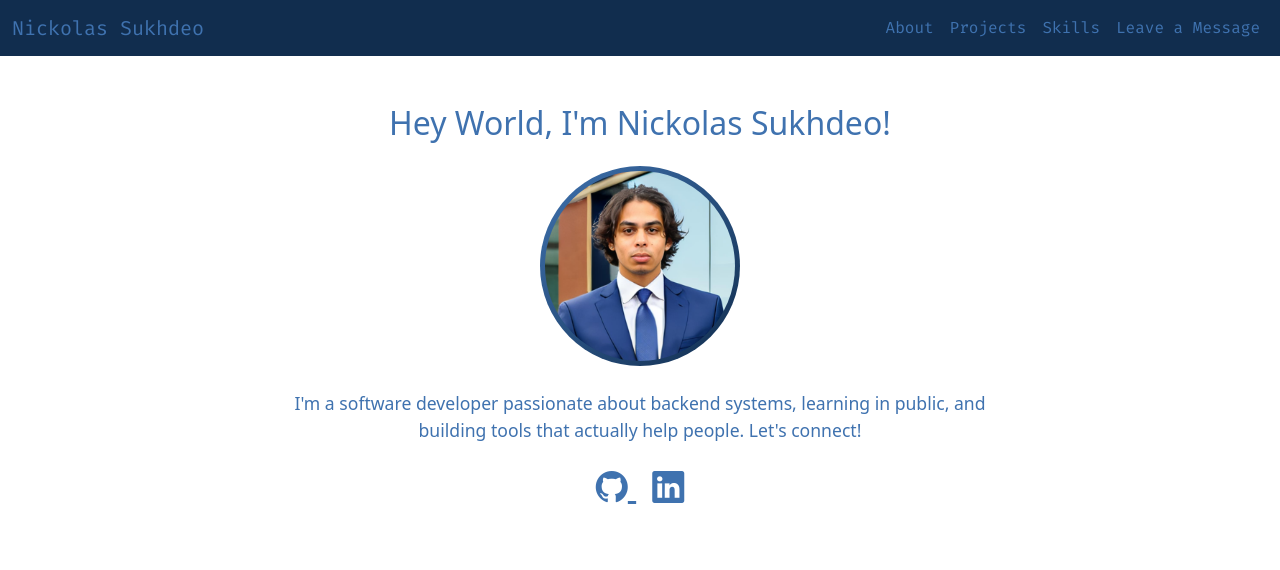
Repository: nlsukhde/porfolio
Page: index.html
These files come from the project's save history. The page is drawn as it stood at one moment and after the next save; the edit follows.
The browser window is 1280 px wide. The pictures show the whole page.

Above is the page before, as saved 2025-06-19 18:07:41.

### index.html
<!DOCTYPE html>
<html lang="en">
<head>
    <meta charset="UTF-8">
    <meta name="viewport" content="width=device-width, initial-scale=1.0">

    <!-- Google Fonts -->
    <link rel="preconnect" href="https://fonts.googleapis.com">
    <link rel="preconnect" href="https://fonts.gstatic.com" crossorigin>
    <link href="https://fonts.googleapis.com/css2?family=Fira+Code:wght@300..700&family=Raleway:ital,wght@0,100..900;1,100..900&family=Roboto+Condensed:ital,wght@0,100..900;1,100..900&display=swap" rel="stylesheet">

    <!-- Your CSS (must come after fonts) -->
    <link rel="stylesheet" href="app.css">

    <!-- Bootstrap CSS -->
    <link href="https://cdn.jsdelivr.net/npm/bootstrap@5.3.7/dist/css/bootstrap.min.css" rel="stylesheet" integrity="sha384-LN+7fdVzj6u52u30Kp6M/trliBMCMKTyK833zpbD+pXdCLuTusPj697FH4R/5mcr" crossorigin="anonymous">
    <link href="https://cdn.jsdelivr.net/npm/bootstrap-icons@1.10.5/font/bootstrap-icons.css" rel="stylesheet">

    <title>Nickolas Sukhdeo Portfolio</title>
</head>

<body>
    <script src="https://cdn.jsdelivr.net/npm/bootstrap@5.3.7/dist/js/bootstrap.bundle.min.js" integrity="sha384-ndDqU0Gzau9qJ1lfW4pNLlhNTkCfHzAVBReH9diLvGRem5+R9g2FzA8ZGN954O5Q" crossorigin="anonymous"></script>

    <nav class="navbar navbar-expand-lg bg-body-tertiary">
  <div class="container-fluid">
    <a class="navbar-brand" href="#">Nickolas Sukhdeo</a>
    <button class="navbar-toggler" type="button" data-bs-toggle="collapse" data-bs-target="#navbarNav" aria-controls="navbarNav" aria-expanded="false" aria-label="Toggle navigation">
      <span class="navbar-toggler-icon"></span>
    </button>
    <div class="collapse navbar-collapse" id="navbarNav">
      <ul class="navbar-nav ms-auto">
        <li class="nav-item">
          <a class="nav-link active" aria-current="page" href="#">About</a>
        </li>
        <li class="nav-item">
          <a class="nav-link" href="#">Projects</a>
        </li>
        <li class="nav-item">
          <a class="nav-link" href="#">Skills</a>
        </li>
        <li class="nav-item">
          <a class="nav-link" >Leave a Message</a>
        </li>
      </ul>
    </div>
  </div>
</nav>

<section id="about-section" class="text-center container py-5">
  <h2>Hey World, I'm Nickolas Sukhdeo!</h2>

  <div class="headshot-wrapper mx-auto my-4">
    <img src="headshot.png" alt="headshot" class="headshot-img">
  </div>

  <div class="bio px-3">
    <p>
      I'm a software developer passionate about backend systems, learning in public, and building tools that actually help people. Let's connect!
    </p>
  </div>

  <div class="social-links mt-3">
    <a href="https://github.com/YOUR_USERNAME" target="_blank" class="social-icon me-3">
  <span class="bi bi-github"></span>
</a>
<a href="https://linkedin.com/in/YOUR_USERNAME" target="_blank" class="social-icon">
  <span class="bi bi-linkedin"></span>
</a>

  </div>
</section>

</body>
</html>

### app.css
:root {
  --color-bg: #F9F7F7;
  --color-accent: #DBE2EF;
  --color-text: #3F72AF;
  --color-bg-secondary: #112D4E;
}


body{
  background-color: var(--color-bg);
  color: var(--color-text)!important;
  font-family: "Fira Code", monospace ;
}

.bi {
  font-family: "bootstrap-icons" !important;
  font-style: normal;
  font-weight: normal;
}

.navbar, .navbar-brand, .nav-link {
  font-family: "Fira Code", monospace !important;
  color: var(--color-text) !important;
}

.navbar.bg-body-tertiary {
  background-color: var(--color-bg-secondary) !important;
}


/* Gradient circular headshot */
.headshot-wrapper {
  width: 200px;
  height: 200px;
  border-radius: 50%;
  background: linear-gradient(135deg, #3F72AF, #112D4E);
  padding: 5px;
  overflow: hidden;
  transition: transform 0.3s ease;
}

.headshot-wrapper:hover {
  transform: scale(1.05);
}

.headshot-img {
  width: 100%;
  height: 100%;
  object-fit: cover;
  border-radius: 50%;
  transition: transform 0.3s ease;
}

.headshot-img:hover {
  transform: scale(1.1);
}

/* Bio text */
.bio p {
  max-width: 700px;
  margin: 0 auto;
  font-size: 1.1rem;
  color: var(--color-text);
}

/* Social icon styles */
.social-links {
  font-size: 2rem;
}

.social-icon {
  color: var(--color-text);
  transition: color 0.3s ease;
}

.social-icon:hover {
  color: var(--color-accent);
}

After the next save:
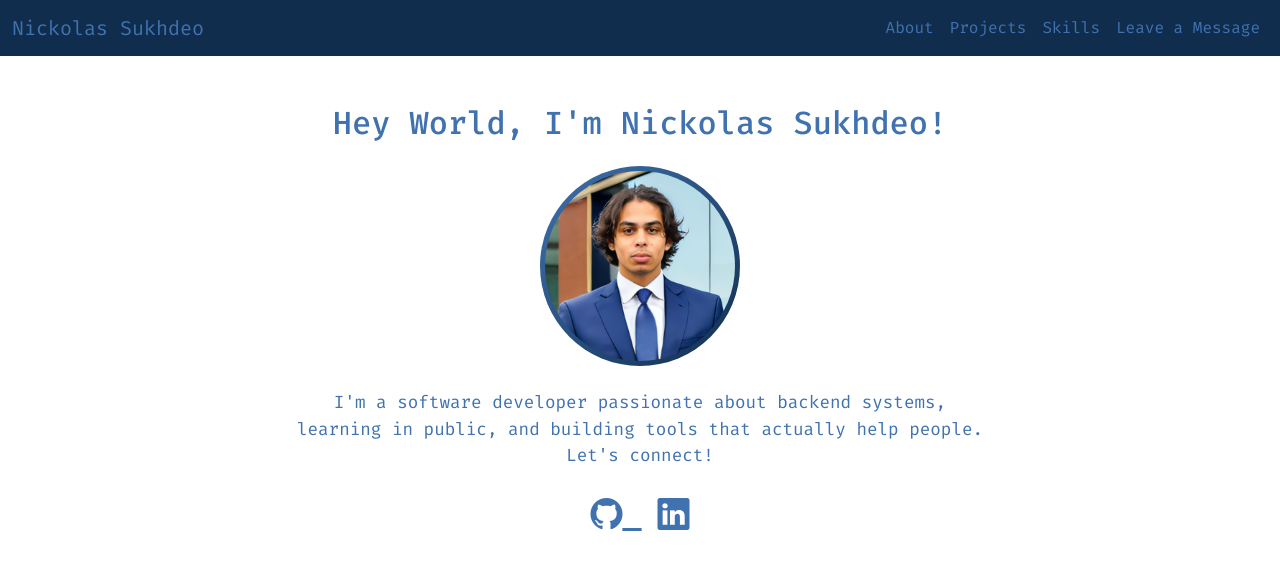
Saved 34 s later.
--- a/app.css
+++ b/app.css
@@ -9,7 +9,7 @@
 body{
   background-color: var(--color-bg);
   color: var(--color-text)!important;
-  font-family: "Fira Code", monospace ;
+  font-family: "Fira Code", monospace !important;
 }
 
 .bi {
